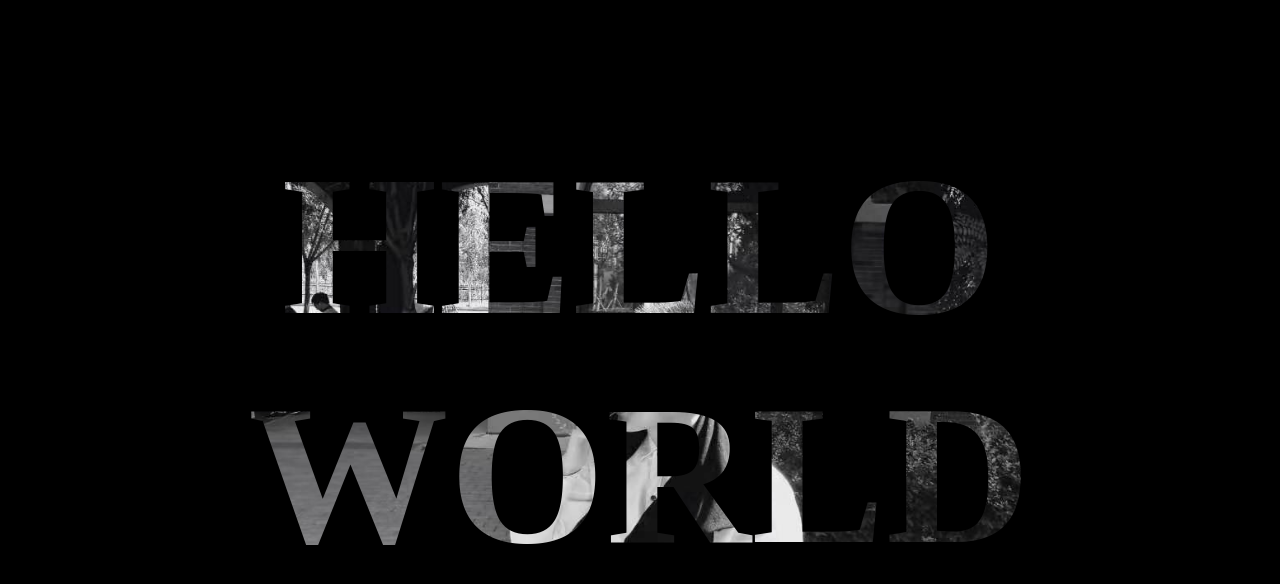
Repository: nishuiwei/nishuiwei.github.io
Page: background.html
The author's editor kept a copy of each file at every save. The page is drawn from the files as they stood at one save, then again after the next save.
The browser window is 1280 px wide. The pictures show the whole page.

Above is the page before, as saved 2019-12-19 16:25:53.

After the next save:
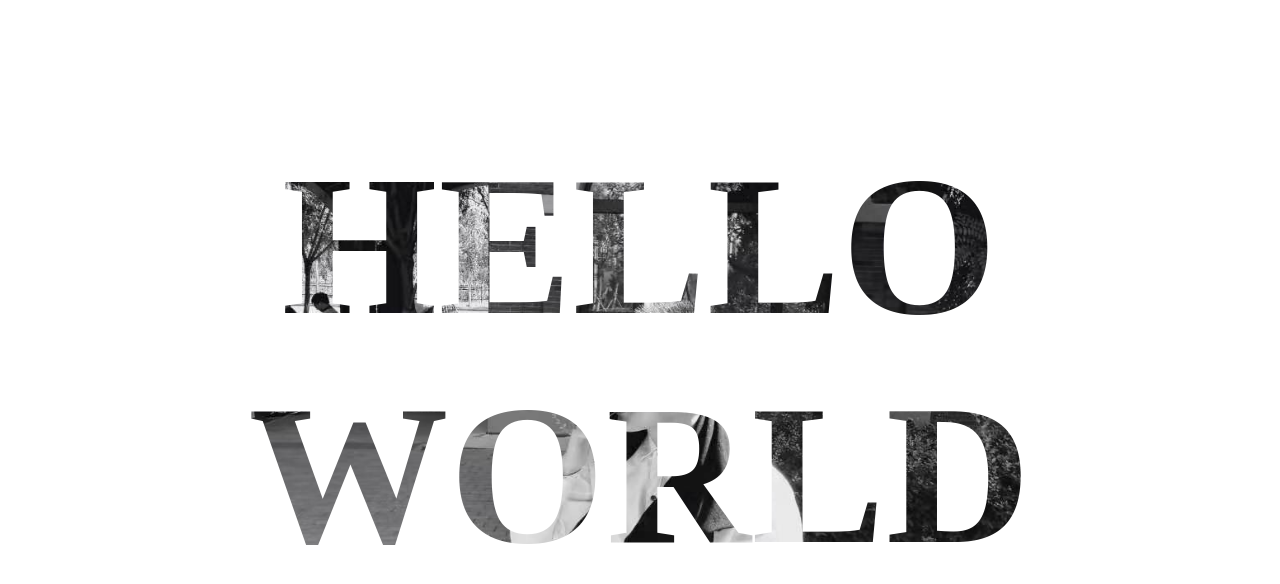
Saved 16 s later.
--- a/background.html
+++ b/background.html
@@ -16,7 +16,7 @@
       margin: 0px;
       padding: 0px;
       font-family: "黑体";
-      background: #000;
+      /* background: #000; */
     }
 
     h1 {
